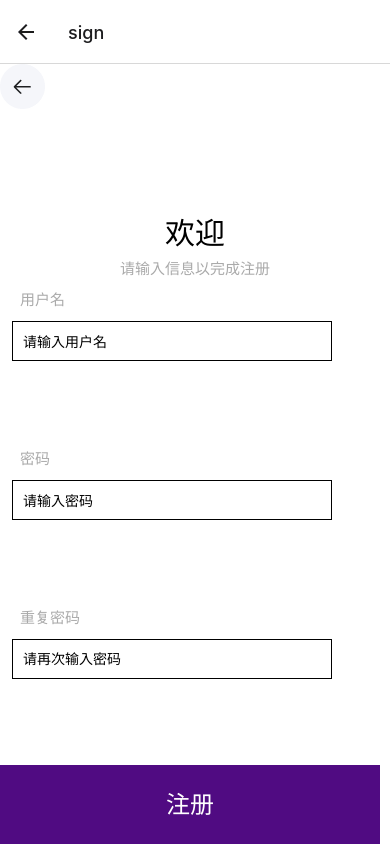
Repository: eyebone/barManager
Screen: /sign
The author's editor kept a copy of each file at every save. The screen is drawn from the files as they stood at one save, then again after a run of saves.
The app was drawn by React Native's web renderer in a window 390 px wide. The project was rebuilt for these pictures with package versions that can differ from the ones it lists, and the page was loaded fresh each time. Also part of the build but not shown: components/EmojiPicker.js, components/Button.js, components/ImageViewer.js, components/circleButton.js, components/IconButton.js, view/ViewOne.js.

Above is the screen before, as saved 2023-06-26 15:37:37.

### App.js
// In App.js in a new project

import * as React from "react";
import { Button, View, Text, StyleSheet, Pressable, Alert } from "react-native";
// import React-native from 'react-native';
import { NavigationContainer } from "@react-navigation/native";
import { createNativeStackNavigator } from "@react-navigation/native-stack";
import { ViewOne } from "./view/ViewOne";
import { SignView } from "./view/Sign";
import { LinearGradient } from "expo-linear-gradient";
import FontAwesome from "react-native-vector-icons/FontAwesome";
function HomeScreen({ navigation }) {
  return (
    <View style={styles.container}>
      <LinearGradient
        start={{ x: 0, y: 0 }}
        end={{ x: 1, y: 1 }}
        colors={["#5c0b82", "#480965", "#190641", "#070320", "#000000"]}
        style={styles.linearGradient}
      >
        <Text>Home Screen</Text>
        <Pressable
          style={(styles.button, { backgroundColor: "#faf2de" })}
          onPress={() => navigation.push("test")}
        >
          <FontAwesome name="home" size={26} style={{ paddingRight: 8 }} />
          <Text>go to detail</Text>
        </Pressable>

        <Button
          title="Go to Sign"
          onPress={() => navigation.navigate("sign")}
        />
        <Text style={styles.buttonText}>Sign in with Facebook</Text>
      </LinearGradient>
    </View>
  );
}

const Stack = createNativeStackNavigator();

function App() {
  return (
    <NavigationContainer style={styles.container}>
      <Stack.Navigator initialRouteName="Home">
        <Stack.Screen
          name="Home"
          component={HomeScreen}
          options={{ title: "Overview", backgroundColor: "transparent" }}
        />
        <Stack.Screen name="test" component={ViewOne} />
        <Stack.Screen name="sign" component={SignView} />
      </Stack.Navigator>
    </NavigationContainer>
  );
}

export default App;

const styles = StyleSheet.create({
  container: {
    flex: 1,
    flexDirection: "column",
    backgroundColor: "#000000",
    //    alignItems: 'center',
  },
  linearGradient: {
    height: 740,
  },
  button: {
    borderRadius: 10,
    width: 300,
    height: 30,
    alignItems: "center",
    justifyContent: "center",
    flexDirection: "row",
  },
});

### view/Sign.js
import { StatusBar } from "expo-status-bar";
import { StyleSheet, View, Text } from "react-native";
import Button from "../components/Button";
import ImageViewer from "../components/ImageViewer";
import * as ImagePicker from "expo-image-picker";
import { useState } from "react";
const PlaceholderImage = require("../assets/images/background-image.png");
import * as React from "react";
import {
  FlatList,
  Image,
  Platform,
  Pressable,
  PixelRatio,
  TextInput,
} from "react-native";
import { NavigationContainer } from "@react-navigation/native";
import { createNativeStackNavigator } from "@react-navigation/native-stack";

//import {Text } from 'react-native';

export function SignView({ navigation }) {
  const [value, onChangeText] = React.useState("");

  return (
    <View style={styles.container}>
      <Pressable onPress={() => navigation.push("Home")}>
        <Image source={require("../assets/bar/Back.png")} />
      </Pressable>

      <View style={styles.welcomeContainer}>
        <Text style={styles.welcomeText} numberOfLines={1}>
          欢迎
        </Text>
        <Text style={styles.infoText}>请输入信息以完成注册</Text>
      </View>
      <View style={styles.inputBar}>
        <Text style={styles.smallText}>用户名</Text>
        <TextInput
          maxLength={40}
          onChangeText={(text) => onChangeText(text)}
          value={value}
          style={styles.input}
          placeholder="请输入用户名"
        />
      </View>
      <View style={styles.inputBar}>
        <Text style={styles.smallText}>密码</Text>
        <TextInput style={styles.input} placeholder="请输入密码" />
      </View>
      <View style={styles.inputBar}>
        <Text editable style={styles.smallText}>
          重复密码
        </Text>
        <TextInput
          style={styles.input}
          placeholder="请再次输入密码"
          //          onChangeText={onChange}
        />
      </View>
      {/* <View style={styles.footerContainer}>
        <Text style={styles.regText}>注册</Text>
      </View> */}
      <Pressable
        style={styles.footerContainer}
        onPress={() => navigation.push("Home")}
      >
        <Text style={styles.regText}>注册</Text>
      </Pressable>
    </View>
  );
}

const styles = StyleSheet.create({
  container: {
    flex: 1,
    flexDirection: "column",
    backgroundColor: "#fff",
    //    alignItems: 'center',
  },
  welcomeContainer: {
    flex: 1,
    backgroundColor: "#fff",
    alignItems: "center",
    marginTop: 100,
    height: 60,
  },
  welcomeText: {
    fontSize: PixelRatio.getFontScale() * 30,
    //    fontFamily: STKaiti,
  },
  infoText: {
    color: "#aaa",
    fontSize: PixelRatio.getFontScale() * 15,
    lineHeight: 38,
  },
  imageContainer: {
    flex: 1,
    paddingTop: 58,
  },
  smallText: {
    fontSize: PixelRatio.getFontScale() * 15,
    color: "#aaa",
    marginLeft: 20,
  },
  footerContainer: {
    flex: 1,
    alignItems: "center",
    backgroundColor: "#500B82",
    width: 380,
    height: 57,
    bottom: 0,
    //      marginTop: 600,
    //      paddingTop: 737,
  },
  inputBar: {
    flex: 2,
    // borderBottomColor: "#000",
    // borderBottomWidth: 1,
  },
  regText: {
    fontSize: PixelRatio.getFontScale() * 24,
    color: "#fff",
    margin: 20,
  },
  input: {
    height: 40,
    margin: 12,
    borderWidth: 1,
    padding: 10,
    width: 320,
  },
});

After the next 3 saves:
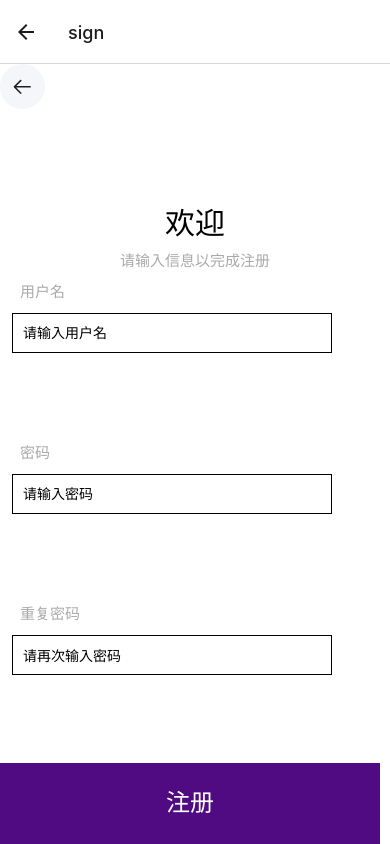
The 3 saves are shown as one change because they came seconds apart.
The last was saved 8 s later.
--- a/view/Sign.js
+++ b/view/Sign.js
@@ -82,7 +82,7 @@ const styles = StyleSheet.create({
     flex: 1,
     backgroundColor: "#fff",
     alignItems: "center",
-    marginTop: 100,
+    marginTop: 90,
     height: 60,
   },
   welcomeText: {
